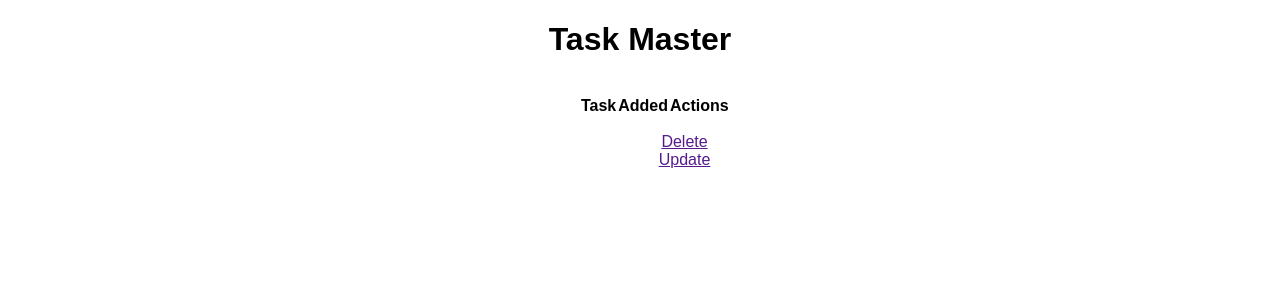
Repository: AnkurDevv/PythonFlask-TaskMaster
Page: http://localhost/
The author's editor kept a copy of each file at every save. The page is drawn from the files as they stood at one save, then again after the next save.
The browser window is 1280 px wide. The pictures show the whole page.
The page is served by the project's application, run on Flask 3 (app.py).

Above is the page before, as saved 2020-02-24 16:09:46.

After the next save:
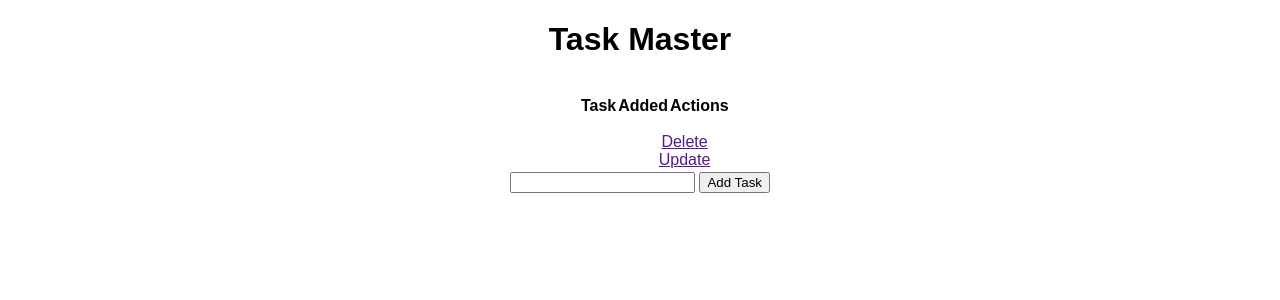
Saved 2 min 29 s later.
--- a/templates/index.html
+++ b/templates/index.html
@@ -24,5 +24,11 @@
       </td>
     </tr>
   </table>
+
+  <form action="/" method="POST">
+    <input type="text" name="content" id="content">
+    <input type="submit" value="Add Task">
+  </form>
+
 </div>
 {% endblock %}
